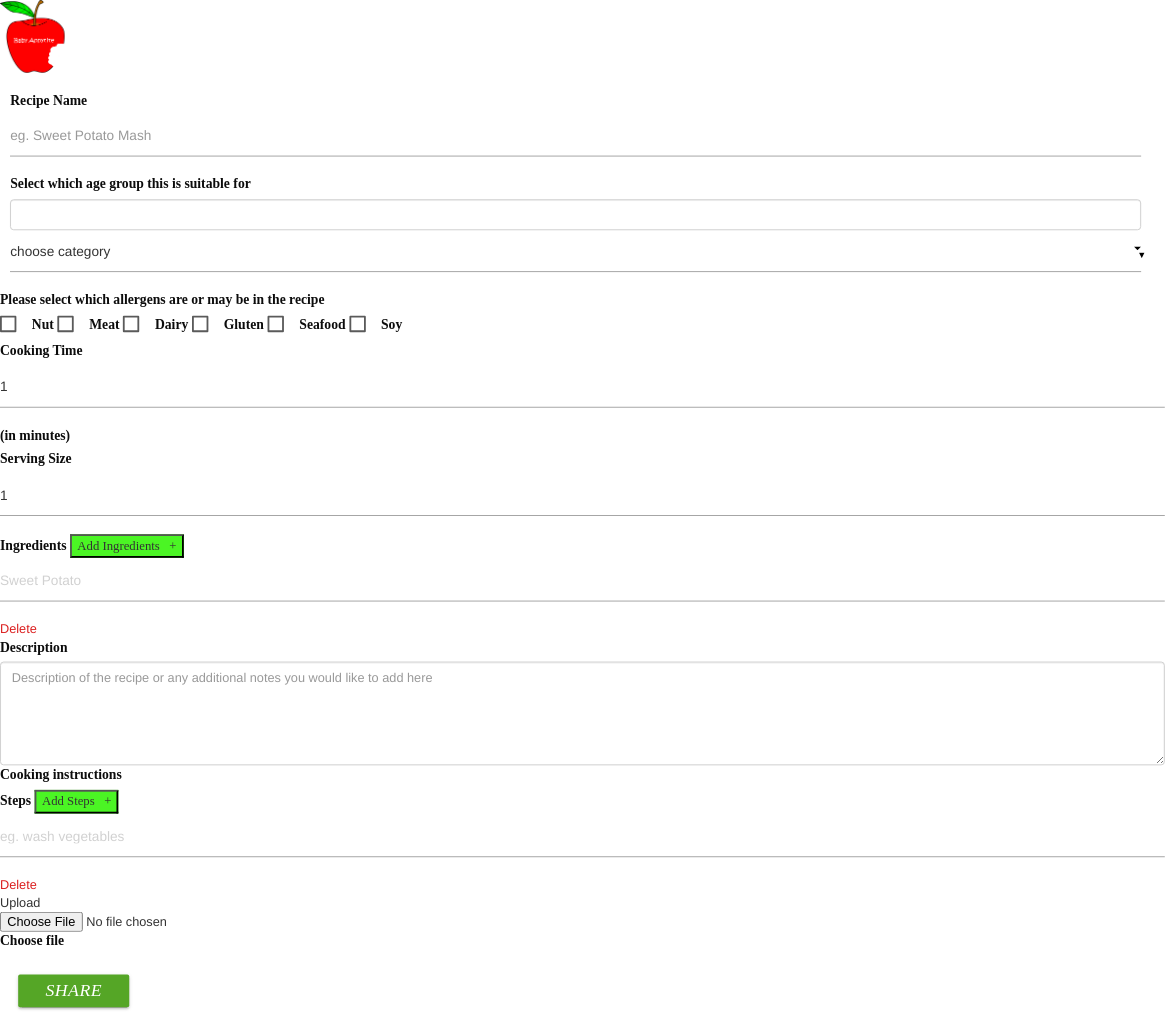
Repository: blueag8/babyappytite
Page: http://localhost/addrecipe
The author's editor kept a record of every edit. The page is drawn from the files as they stood at one moment, then again after the next edit.
The browser window is 1280 px wide. The pictures show the whole page, at 91% of full size.
Some web fonts or font styles are not loaded; a fallback is used. Some web libraries are served in a nearby version. The page is served by the project's application, run on Flask 3 (app.py). Queries for data that is not in the repository find no rows.

Above is the page before.

### templates/addrecipe.html
{% extends 'base.html'%}{% block content %}



<div class="form row">
<form action="{{ url_for('insert_recipe')}}" name="form" method="POST" class="col s12">
      <label class="recipe_name">Recipe Name</label>
      <input type="text" class="form-control" id="recipe_name" name="recipe_name" placeholder="eg. Sweet Potato Mash">


      <label for="category_age">Select which age group this is suitable for</label>
      <input type="select" class="form-control">
        <select id="category_age" name="category_age"required>
          <option value=""disabled>choose category</option>

               {% for cat in categories %}
          <option value="{{cat.category_age}}"select>{{cat.category_age}}</option>
               {% endfor %}
        </select>
      </div>
  </div>
</div>

  <div class = "allergens">
     <label for="allergens" name="allergen">Please select which allergens are or may be in the recipe</label>
      <div class="form-check form-check-inline">
        <input class="form-check-input" type="checkbox" id="nut" name="allergen" value="nut">
        <label class="form-check-label" for="nut">Nut</label>


        <input class="form-check-input" type="checkbox" id="meat" name="allergn" value="meat">
        <label class="form-check-label" for="meat">Meat</label>


        <input class="form-check-input" type="checkbox" id="dairy" name="allergen" value="dairy">
        <label class="form-check-label" for="dairy">Dairy</label>

        <input class="form-check-input" type="checkbox" id="gluten" name="allergen" value="gluten">
        <label class="form-check-label" for="gluten">Gluten</label>

        <input class="form-check-input" type="checkbox" id="seafood" name="allergen" value="seafood">
        <label class="form-check-label" for="seafood">Seafood</label>

        <input class="form-check-input" type="checkbox" id="soy" name="allergen" value="soy">
        <label class="form-check-label" for="soy">Soy</label>
    </div>
</div>

<div class="row">
    <label for="cooking_time">Cooking Time</label>

      <input type="number" name="cooking_time" min="0" max="100" step="1" value="1">
      <label>(in minutes)</label>
  </div>

 <div class="row">
    <label for="portion_sizes">Serving Size</label>
    <input type="number" name="portion_size" min="0" max="100" step="1" value="1">
  </div>


<div class="row">
    <div class= "wrapper">
       <div class="container1">
        <label for="ingredients">Ingredients</label>
        <button class="add_ingredients">Add Ingredients &nbsp;
          <span>+ </span>
        </button>
        <div><input type="text" name="ingredient" placeholder="Sweet Potato">
          <a href="#" class="delete">Delete</a></div>
      </div>
    </div>
  </div>
</div>

 <div class="recipe_description">
    <label for="recipe_description">Description</label>
      <div class="row">
      <textarea class="form-control" id="recipe_description" name="recipe_description" rows="5" placeholder="Description of the recipe or any additional notes you would like to add here"></textarea>
       </div>
    </div>

 <div class="steps">
    <label for="add_steps">Cooking instructions</label>
<!-------https://stackoverflow.com/questions/14853779/adding-input-elements-dynamically-to-form ----->
      <div class= "wrapper">
        <div class="container2">
         <label for="Steps">Steps</label>
          <button class="add_steps">Add Steps &nbsp;
            <span>+ </span>
          </button>
            <div><input type="text" name="step" placeholder="eg. wash vegetables">
            <a href="#" class="delete">Delete</a></div>
            </div>
        </div>
     </div>
 </div>

  <div class="input-group mb-3">
  <div class="input-group-prepend">
    <span class="input-group-text">Upload</span>
  </div>
  <div class="custom-file">
    <input type="file" enctype="multipart/form-data" class="custom-file-input" id="image" name="image">
    <label class="custom-file-label" for="image">Choose file</label>
  </div>
</div>


<!-- Button trigger modal -->
 <div class="row">
      <button class="btn btn-primary" data-toggle="modal" data-target="#exampleModalCenter">
          <i class="material-icons add_box">Share</i>
       </button>

<!-- Modal -->
<div class="modal fade" id="exampleModalCenter" tabindex="-1" role="dialog" aria-labelledby="exampleModalCenterTitle" aria-hidden="true">
  <div class="modal-dialog modal-dialog-centered" role="document">
    <div class="modal-content">
      <div class="modal-header">
        <h5 class="modal-title" id="exampleModalLongTitle"></h5>
        <button type="button" class="close" data-dismiss="modal" aria-label="Close">
          <span aria-hidden="true">&times;</span>
        </button>
      </div>
      <div class="modal-body">
       Thank you for sharing! Return to home page?
      </div>
      <div class="modal-footer">
        <button type="button" class="btn btn-secondary" data-dismiss="modal">No changed my mind</button>
        <button type="submit" class="btn btn-primary" name="action" value="submit">Yes, Please Share</button>
      </div>
    </div>
  </div>
</div>

  </div>
</div>
</div>
</form>

 {% endblock %}

### templates/base.html
<!DOCTYPE html>
<html lang="en">
<head>
    <meta charset="UTF-8">
    <meta name="viewport" content="width=device-width, initial-scale=1.0">
    <meta http-equiv="X-UA-Compatible" content="ie=edge">

    <title>"Baby Appy-tite | Recipes for 6 months +"</title>

    <link rel="stylesheet" href="https://maxcdn.bootstrapcdn.com/bootstrap/3.3.7/css/bootstrap.min.css" type="text/css">
    <link rel="stylesheet" href="https://stackpath.bootstrapcdn.com/font-awesome/4.7.0/css/font-awesome.min.css" type="text/css">
    <link href="https://fonts.googleapis.com/css?family=Emilys+Candy&display=swap" rel="stylesheet">
    <link rel="stylesheet" href="https://cdnjs.cloudflare.com/ajax/libs/materialize/0.100.2/css/materialize.min.css">
    <link rel="stylesheet" href="{{url_for('static', filename='css/style.css')}}" type="text/css" />
</head>
<header>
         <div class="nav-wrapper">
              <div class="navbar img">
                 <a class="icon" href="{{url_for('home')}}">
                      <img src="/static/image/babyappytite.png">
                </a>
            </div>
        </div>
      </div>
</header>
<body>
    <div class="container-fluid">
        {% block content %}{% endblock %}
    </div>

    <script src="https://cdnjs.cloudflare.com/ajax/libs/jquery/3.3.1/jquery.min.js"></script>
    <script src="https://cdnjs.cloudflare.com/ajax/libs/jquery/3.2.1/jquery.min.js"></script>
    <script src="https://maxcdn.bootstrapcdn.com/bootstrap/3.3.7/js/bootstrap.min.js" integrity="sha384-Tc5IQib027qvyjSMfHjOMaLkfuWVxZxUPnCJA7l2mCWNIpG9mGCD8wGNIcPD7Txa" crossorigin="anonymous"></script>
    <script src="https://cdnjs.cloudflare.com/ajax/libs/materialize/0.100.2/js/materialize.min.js"></script>
    <script type="text/javascript">
        $(document).ready(function() {
    var max_fields = 10;
    var wrapper = $(".container1");
    var add_button = $(".add_ingredients");
    var x = 1;
    $(add_button).click(function(e) {
        e.preventDefault();
        if (x < max_fields) {
            x++;
            $(wrapper).append('<div><ol><input type="text" name="ingredient[]"/></ol><a href="#" class="delete">Delete</a></div>'); //add input box
        } else {
            alert('You Reached the limits');
        }
    });
    $(wrapper).on("click", ".delete", function(e) {
        e.preventDefault();
        $(this).parent('div').remove();
        x--;
    });
 });
    </script>

 <script type="text/javascript">
 $(document).ready(function() {
    var max_fields = 10;
    var wrapper = $(".container2");
    var add_button = $(".add_steps");
    var x = 1;
    $(add_button).click(function(e) {
        e.preventDefault();
        if (x < max_fields) {
            x++;
            $(wrapper).append('<div><ol><input type="text" name="step[]"/></ol><a href="#" class="delete">Delete</a></div>'); //add input box
        } else {
            alert('You Reached the limits');
        }
    });
    $(wrapper).on("click", ".delete", function(e) {
        e.preventDefault();
        $(this).parent('div').remove();
        x--;
    });
 });
      </script>

  <script type="text/javascript">
    $(document).ready(function() {
    $('select').material_select();
  });
    </script>



</body>

</html>

### app.py
import pymongo
import os


from bson.objectid import ObjectId
from flask import Flask, render_template, redirect, request, url_for, flash
from flask_pymongo import PyMongo

#connect to database
app = Flask(__name__)

app.config['MONGO_DBNAME'] ="Baby_Recipes"
app.config["MONGO_URI"] ="mongodb+srv://blueag8:mongo8@cluster0-iodau.mongodb.net/Baby_Recipes?retryWrites=true&w=majority"
app.config['SECRET_KEY'] = 'yum'
app.config["IMAGE_UPLOADS"] ="/home/ubuntu/environment/static/image/uploads"

mongo = PyMongo(app)


#home page



@app.route('/')
def home():
    return render_template("index.html", categories=mongo.db.categories.find())

#get
#single recipe

@app.route('/recipe/<recipe_id>')
def recipe(recipe_id):

      return render_template("recipe.html", recipes=mongo.db.recipes.find({"_id": ObjectId(recipe_id)}))
#TEST1

#recipes categorized per page route

#@app.route('/recipes')
#def recipes():
   # recipes=mongo.db.recipes.find()
    #TEST
    #for recipe in recipes:
      #  print(recipe)

   # return render_template("recipes.html")


#sort recipes by age group

@app.route('/sixmonth_recipes')
def sixmonth_recipes():
   return render_template("recipes.html", recipes=mongo.db.recipes.find({"category_age":"6 months +"}))

@app.route('/sevenmonth_recipes')
def sevenmonth_recipes():
    return render_template("recipes.html", recipes=mongo.db.recipes.find({"category_age":"7 months +"}))

@app.route('/tenmonth_recipes')
def tenmonth_recipes():
    return render_template("recipes.html", recipes=mongo.db.recipes.find({"category_age":"10 months +"}))

@app.route('/twelvemonth_recipes')
def twelvemonth_recipes():
    return render_template("recipes.html",recipes=mongo.db.recipes.find({"category_age":"12 months +"}))

#add recipe

@app.route('/addrecipe')
def addrecipe():

    return render_template("addrecipe.html", categories=mongo.db.categories.find())

#@app.route('/insert_recipe', methods=['POST'])
#def insert_recipe():
   # recipes=mongo.db.recipes
   # recipes.insert(request.form.to.dict(flat=False))
   # flash ("Thank you, your recipe has been added!")

    #return render_template("addrecipe.html", recipe=recipe)
    #Test1 Failed


    #Testing2
@app.route('/insert_recipe', methods=['POST'])
def insert_recipe():
   # if 'image' in request.files:
        #filename = images.save(request.files['image'])
        #filepath = '../static/images/' + filename
    recipes=mongo.db.recipes


    recipe_name=request.form["recipe_name"]
    category_age=request.form["category_age"]
    cooking_time=int(request.form["cooking_time"])
    portion_size=int(request.form["portion_size"])
    allergens=request.form.getlist("allergen")
    ingredients=request.form.getlist("ingredient")
    recipe_description=request.form["recipe_description"]
    steps=request.form.getlist("step")

    form={

        "recipe_name":recipe_name,
        "category_age":category_age,
        "cooking_time":cooking_time,
        "portion_size":portion_size,
        "allergen": allergens,
        "ingredient": ingredients,
        "recipe_description":recipe_description,
        "step": steps,

          }

        #"image": filepath

    recipes.insert_one(form)
    return redirect(url_for('home'))

#edit recipe
#@app.route('/editrecipe/<recipe_id>', methods=['GET','POST'])
#def editrecipe(recipe_id):

    #return render_template("testform.html",recipes=mongo.db.recipes.find(),
          # categories=mongo.db.categories.find())
    #return render_template("editrecipe.html",recipes=mongo.db.recipes.find({"_id": ObjectId(recipe_id)}),
          # categories=mongo.db.categories.find())

#TESTING
@app.route('/editrecipe/<recipe_id>')
def editrecipe(recipe_id):
    recipe = mongo.db.recipes.find_one({'_id': ObjectId(recipe_id)})
    categories=mongo.db.categories.find()
    return render_template('editrecipe.html', recipe=recipe, categories=categories)

@app.route('/update_recipe/<recipe_id>', methods=['POST'])
def update_recipe(recipe_id):


    #if request.method == "POST":
      # if request.files:


    recipes=mongo.db.recipes
    recipes.update( {'_id': ObjectId(recipe_id)},

    {
            'recipe_name':request.form.get("recipe_name"),
            'category_age':request.form.get("category_age"),
            'cooking_time':int(request.form["cooking_time"]),
            'portion_size':int(request.form["portion_size"]),
            'allergens':request.form.getlist('check'),
            'ingredients':request.form.getlist("ingredient"),
            'recipe_description':request.form.get("recipe_description"),
            'steps':request.form.getlist("step"),
            #'image':request.files["image"]
      })


    #flash ("Thank you, your recipe has been added!")
    return redirect(url_for('home'))


@app.route('/delete_recipe/<recipe_id>')
def delete_recipe(recipe_id):
    mongo.db.recipes.remove({'_id': ObjectId(recipe_id)})
    return redirect(url_for('home', recipe=recipe))

# routing for likes
#referred to another student's code for likes.

@app.route('/stars/<recipe_id>',methods=["GET", "POST"])
def stars(recipe_id):

    mongo.db.recipes.find_one_and_update(
        {'_id': ObjectId(recipe_id)},
        { '$inc': { 'stars': 1}}
    )

    return redirect(url_for('recipe',recipe_id=recipe_id))

#@app.route("/upload-image", methods=["GET", "POST"])
#def upload_image():

   # if request.method == "POST":

       # if request.files:

           # image = request.files["image"]

           # image.save(os.path.join(app.config["IMAGE_UPLOADS"], image.filename))


           # return redirect(request.url)

if __name__ == '__main__':
    app.run(host=os.environ.get('IP'),
            port=int(os.environ.get('PORT')),
            debug=True)

### static/css/style.css
/*---------Navbar----------*/
.navbar {
    position: relative;
    min-height: 50px;
    margin-bottom: 20px;
    border: none;
    background-color: transparent;
}
.navbar-brand img {
    height: 50px;
}

 /* icon prefix focus color */
.input-field .prefix.active {
     color: red;
   }

.btn {
    background-color: #55a626;
    margin: 20px;
}

btn:hover, .btn-large:hover {
    background-color: #92f57c;
}


p.recipe {
    float: right;
    background: mediumseagreen;
    padding: 15px;
    margin-right: 20px;
}

footer {
    margin-top: 30px;
}

/*--------images---------------------*/


img {
    height: 170px;
}

img .edit {
    height: 80px;
}
.apple img {
    height: 250px;
}


.caterpillar img {
    height: 128px;
}

.card {
    margin: 20px;
    padding: 20px;
    position: relative;
    background-color: #beefaf;
    -webkit-transition: -webkit-box-shadow .25s;
    transition: -webkit-box-shadow .25s;
    transition: box-shadow .25s;
    transition: box-shadow .25s, -webkit-box-shadow .25s;
    border-radius: 2px;
}
card-body {
    font-size: large;
    text-align: justify;
    text-align: right;
    padding: 20px;
    margin: 20px;
    font-style: inherit;
}

p.recipe {
    float: right;
}

a {
    color: inherit;
}

.navbar img {
    height: 80px;
}

.form-control {
    color: #0c0c0c;
    background-color: #fff;
    background-image: none;

}
label {
   color: #0c0c0c;
    font-family: 'Emilys Candy', cursive;
    /* font-family: Emily; */
    font-size: 15px;
}

button{
    background-color: #4bf524;
    font-family: 'Emily';
}
.delete {
    color: #db1f1f;
}


/*-----Media Queries--------*/

@media (min-width: 375px)
{
.container-fluid {
    padding-right: 15px;
    padding-left: 0;
}
.row {

    margin-bottom: 0px;
}


.age img {
    height: 170px;
}
apple img {
    height: 180px;
}
.caterpillar img {
    height: 80px;
}
img.edit {
    height: 50px;
}
}

After the next edit:
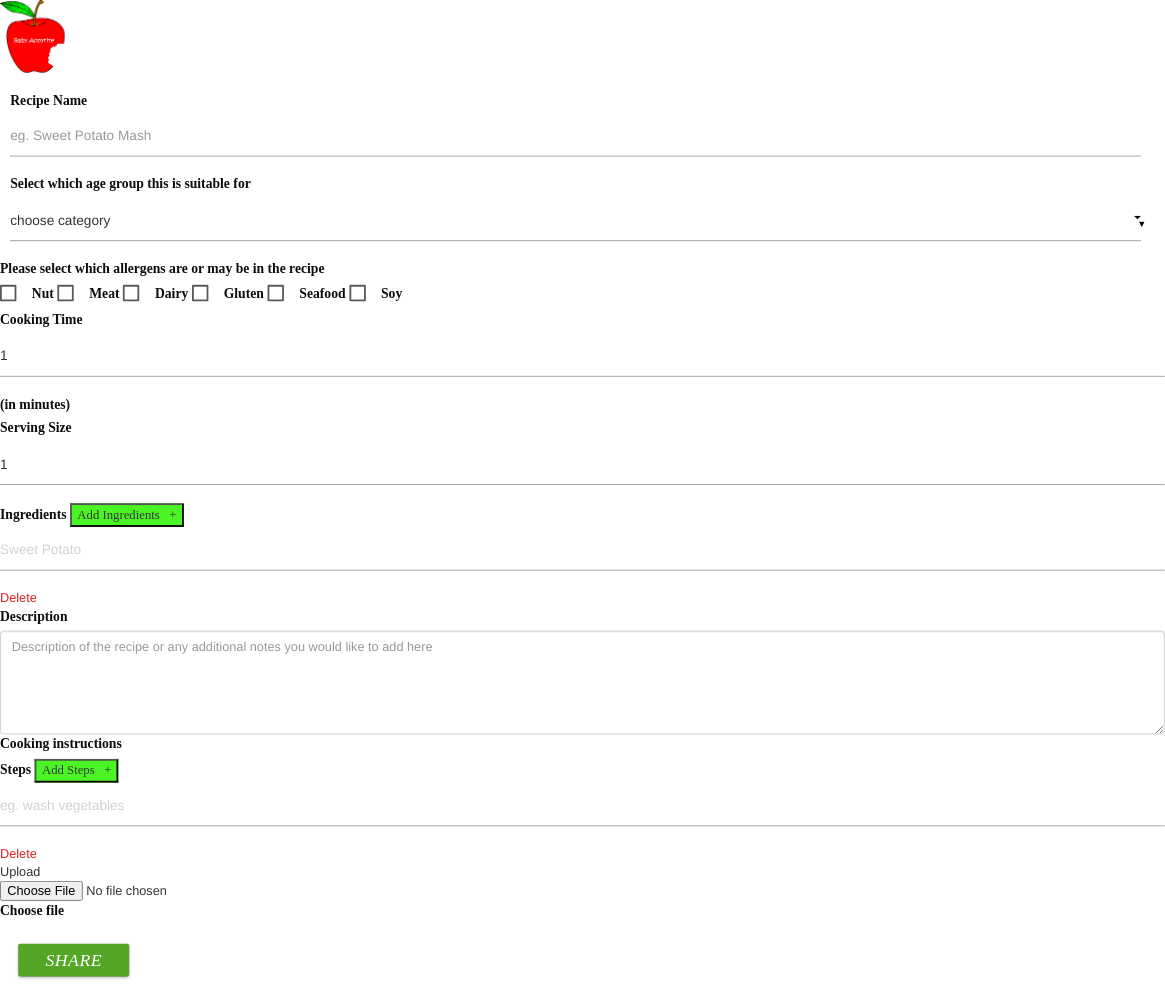
The edit:
--- a/templates/addrecipe.html
+++ b/templates/addrecipe.html
@@ -9,7 +9,7 @@
 
 
       <label for="category_age">Select which age group this is suitable for</label>
-      <input type="select" class="form-control">
+
         <select id="category_age" name="category_age"required>
           <option value=""disabled>choose category</option>
 
